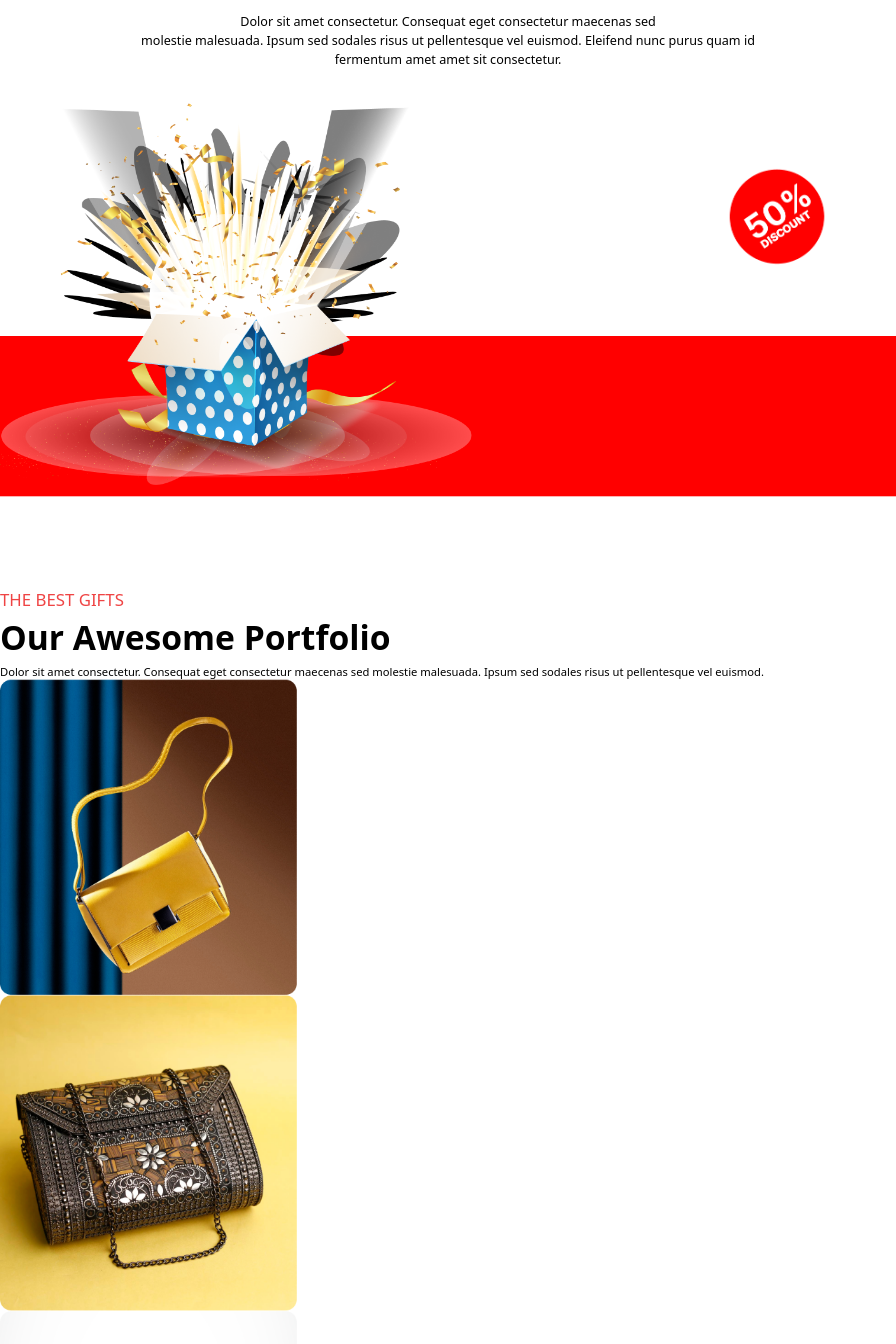
Repository: nahid-hasann/landing-page-1
Page: index.html
The author's editor kept a copy of each file at every save. The page is drawn from the files as they stood at one save, then again after a run of saves.
The browser window is 1280 px wide. The pictures show the part of the page from y = 3830 to 5750 px (the page is 7507 px tall), at 70% of full size.
Some web libraries are served in a nearby version.

Above is the page before, as saved 2025-07-09 21:21:05.

After the next 3 saves:
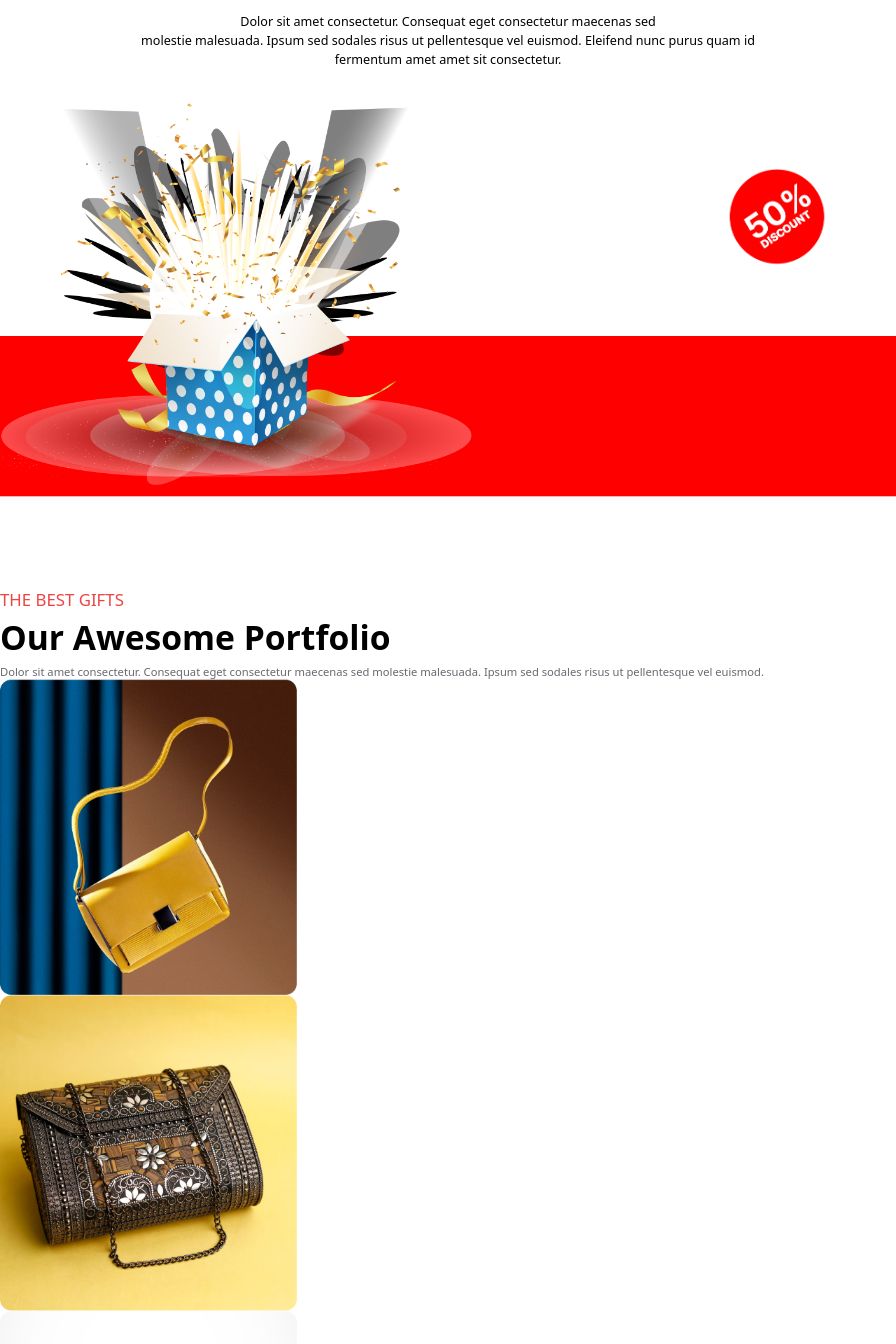
The 3 saves are shown as one change because they came seconds apart.
The last was saved 68 s later.
--- a/index.html
+++ b/index.html
@@ -114,7 +114,7 @@ molestie malesuada. Ipsum sed  sodales risus ut pellentesque vel euismod. Eleife
    <div>
     <p class="text-red-500  text-[24px]">THE BEST GIFTS</p>
     <h1 class="text-[48px] font-bold">Our Awesome Portfolio</h1>
-    <p class="text-[rgba(7, 2, 17, 0.6)]">Dolor sit amet consectetur. Consequat eget consectetur maecenas sed molestie malesuada. Ipsum sed sodales risus ut pellentesque vel euismod. </p>
+    <p class="text-[rgba(7,2,17,0.6)]">Dolor sit amet consectetur. Consequat eget consectetur maecenas sed molestie malesuada. Ipsum sed sodales risus ut pellentesque vel euismod. </p>
    </div>
 
    <div>
